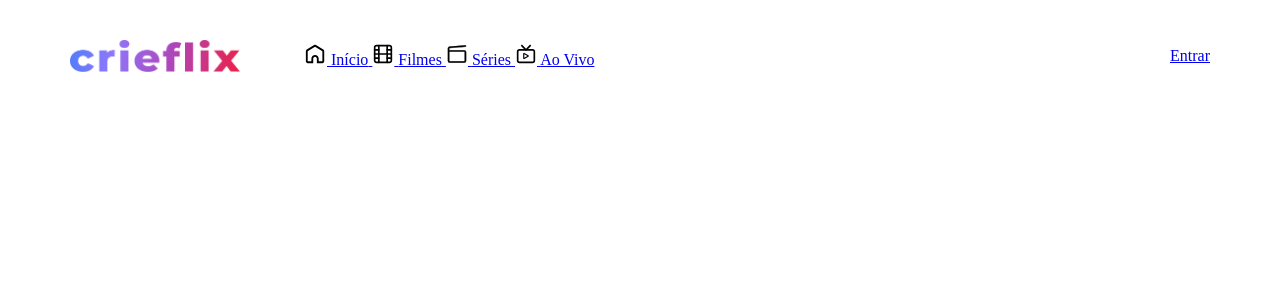
Repository: brunobfuhr/Projeto-ClieFlix
Page: index.html
An editor plug-in stored every save of this project. The page is shown before and after the next save, followed by the edit.
The browser window is 1280 px wide. The pictures show the whole page.

Above is the page before, as saved 2022-05-11 17:09:58.

After the next save:
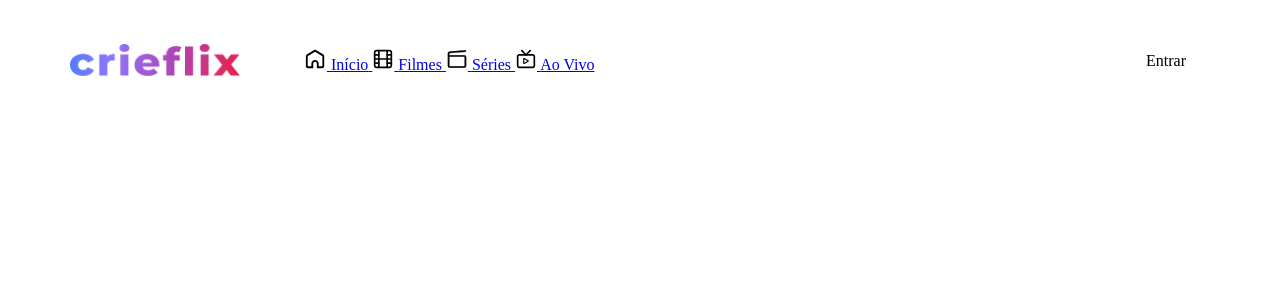
Saved 24 s later.
--- a/index.html
+++ b/index.html
@@ -40,7 +40,7 @@
                 <span>Ao Vivo</span>
             </a>
         </nav>
-        <a href="#" class="header__sign-in">Entrar</a>
+        <a href="#" class="header__sign-in button">Entrar</a>
 
     </header>
 
